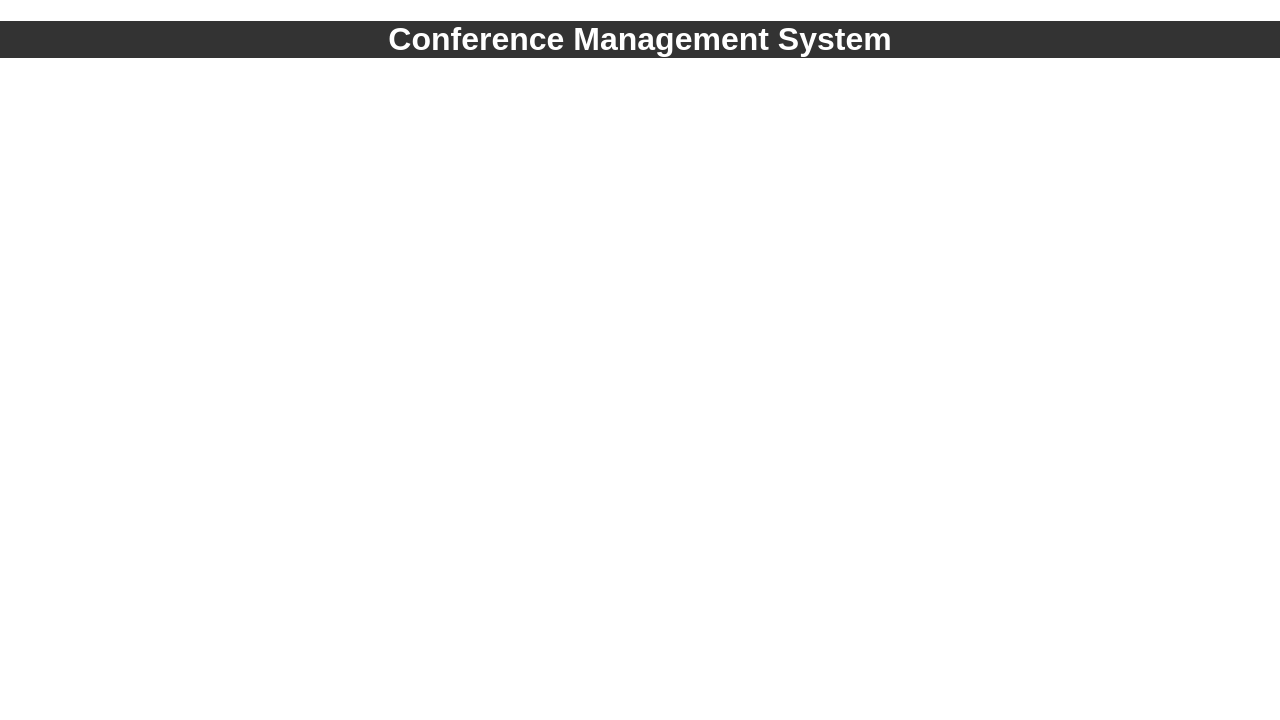
Repository: AMIT1439027/conferenceapp
Page: http://localhost/register.php
The author's editor kept a copy of each file at every save. The page is drawn from the files as they stood at one save, then again after the next save.
The browser window is 1280 px wide. The pictures show the whole page.
The page is run by PHP 8.4 with error messages shown; the project is at /var/www/html/.

Above is the page before, as saved 2024-05-29 11:23:40.

### register.php
<?php

 include 'config.php';

 if($_SERVER["REQUEST_METHOD"]=="POST"){
    $username = $_POST['username'];
    $email = $_POST['email'];
    $password = password_hash($_POST['password'],PASSWORD_DEFAULT);

    $stmt = $pdo->prepare("INSERT INTO users (username,email,password) VALUES(?,?,?)");

    $stmt->execute([$username,$email,$password]);

    echo 'Registration SuccessFull';
 }


?>

<!DOCTYPE html>
<html lang="en">
<head>
    <meta charset="UTF-8">
    <meta name="viewport" content="width=device-width, initial-scale=1.0">
    <title>Register</title>
    <link rel="stylesheet" href="styles.css">
</head>
<body>
    <header>
        <h1>Conference Management System</h1>
    </header>
</body>
</html>

### config.php
<?php

$host ='localhost';
$db = 'conference_db';
$user = 'root';
$pass = 'mysql143';

 try{
    $pdo = new PDO ("mysql:host=$host;dbname=$db",$user,$pass);
    $pdo->setAttribute (PDO::ATTR_ERRMODE, PDO::ERRMODE_EXCEPTION);

 }catch(PDOException $e){
    die("COuld not connect to the database ");
 }

?>

### styles.css
body{
    font-family: Arial,  sans-serif;
    margin: 0;
    padding: 0;
}

header{
    background-color: #333333;
    color: #fff;
    padding: 1 em 0;
    text-align: center;

}

nav a{
    color: #fff;
    margin: 0 1rem;
    text-decoration: none;
}

main{
    padding: 2em;
    text-align: center;
}

footer{
    background-color: #333;
    color:#fff;
    padding: 1em 0;
    text-align: center;
    position: fixed;
    bottom: 0;
    width: 100%;
}

After the next save:
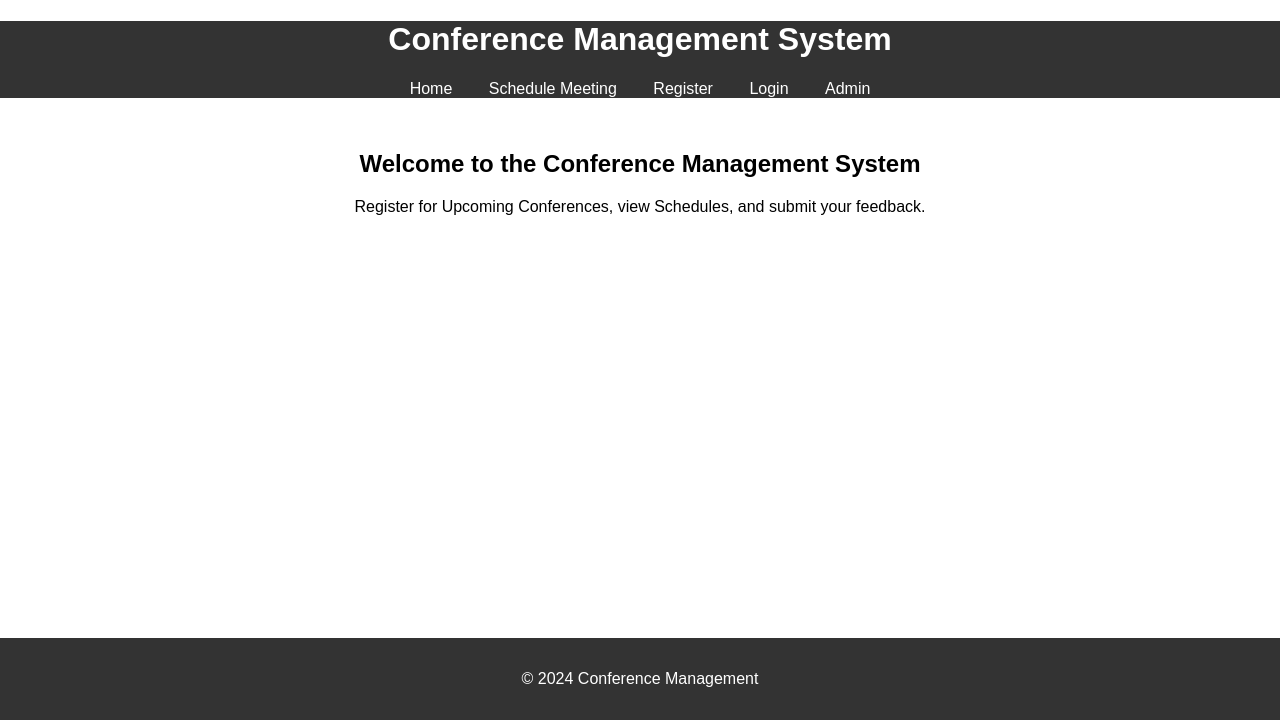
Saved 49 s later.
--- a/register.php
+++ b/register.php
@@ -28,6 +28,23 @@
 <body>
     <header>
         <h1>Conference Management System</h1>
+        <nav>
+        <a href="#">Home</a>
+        <a href="#">Schedule Meeting</a>
+        <a href="#">Register</a>
+        <a href="#">Login</a>
+        <a href="#">Admin</a>
+    </nav>
+</header>
+
+ <main>
+    <h2>Welcome to the Conference Management System</h2>
+    <p>Register for Upcoming Conferences, view Schedules, and  submit your feedback.</p>
+ </main>
+
+ <footer>
+    <p>&copy; 2024 Conference Management</p>
+ </footer>
     </header>
 </body>
 </html>
